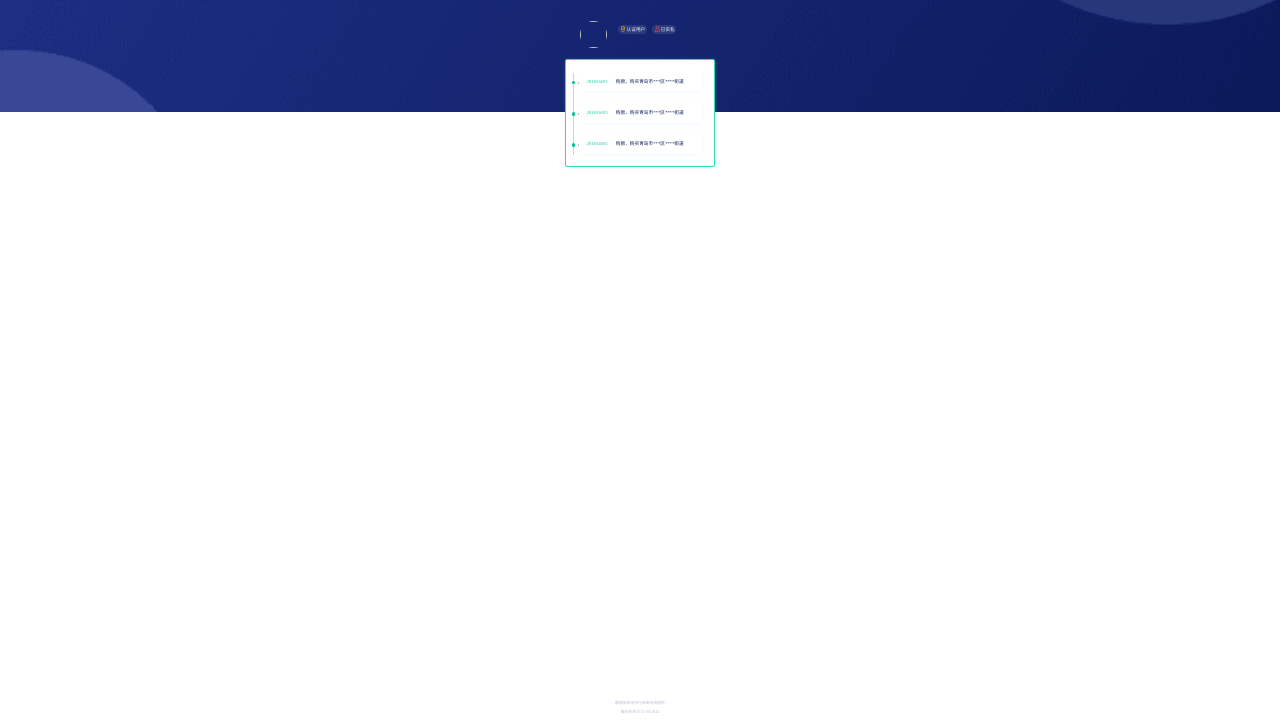
Repository: zlpstart/qingdao-new
Page: /Footprint
An editor plug-in stored every save of this project. The page is shown before and after the next save, followed by the edit.
The browser window is 1280 px wide. The pictures show the whole page.
The page's requests for data from a server got no answer. Some web fonts or font styles are not loaded; a fallback is used. The project was rebuilt for these pictures with package versions that can differ from the ones it lists, and the page was loaded fresh each time. No one was signed in, and anything a server would have sent is missing. Also part of the build but not shown: src/components/MySpace.vue, src/components/Home.vue, src/components/Enterprise.vue, src/components/Opinion.vue, src/components/Opinion2.vue, src/components/Record.vue, src/components/Car.vue, src/components/House.vue and 5 more.

Above is the page before, as saved 2019-08-27 11:20:00.

After the next save:
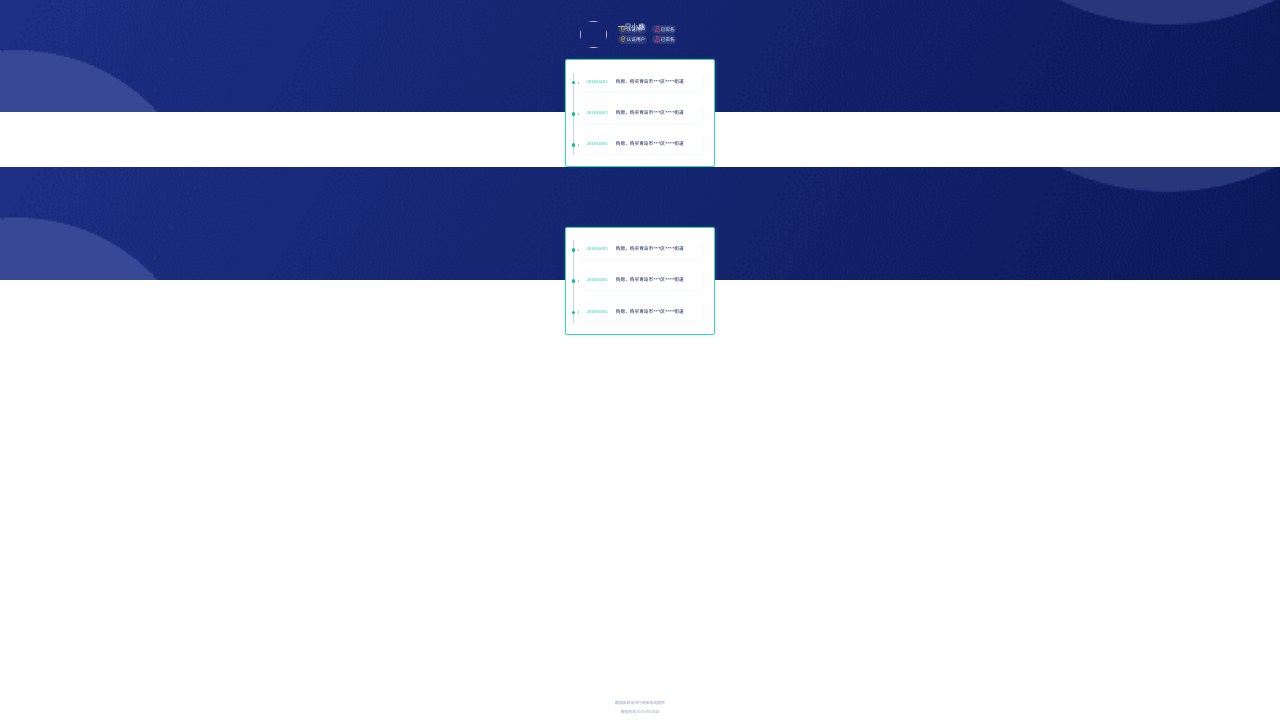
Saved 17 s later.
--- a/src/components/Footprint.vue
+++ b/src/components/Footprint.vue
@@ -59,7 +59,64 @@
           </div>
       </div>
 
-
+      <div class="Footprint2">
+        <TopBar></TopBar>
+        <div class="header">
+            <div class="header_wrap">
+                <div class="header_left">
+                    <!-- <img src="../assets/timg.jpg" alt=""> -->
+                </div>
+                <div class="header_right">
+                    <div class="header_right_p">
+                        <p>一只小鹿</p>
+                    </div>
+                    <div class="header_right_span">
+                        <span>
+                          <img src="../assets/认证.png" alt="">
+                          认证用户
+                        </span>
+                        <span>
+                          <img src="../assets/实名.png" alt="">
+                          已实名
+                        </span>
+                    </div>
+                </div>
+            </div>
+        </div>
+        <div class="Footprint_data">
+            <div class="data">
+            <ul>
+                <li>
+                    <b></b>
+                    <i></i>
+                    <span class="yuan"></span>
+                    <span>2018/04/05</span>
+                    <p>购房，购买青岛市***区****街道</p>
+                </li>
+                <li>
+                    <b></b>
+                    <i></i>
+                    <span class="yuan"></span>
+                    <span>2018/04/05</span>
+                    <p>购房，购买青岛市***区****街道</p>
+                </li>
+                <li>
+                    <b></b>
+                    <i></i>
+                    <span class="yuan"></span>
+                    <span>2018/04/05</span>
+                    <p>购房，购买青岛市***区****街道</p>
+                </li>
+            </ul>
+        </div>
+        </div>
+        <div class="bottom">
+                <span></span>
+                <p>数据由青岛市行政审批局提供</p>
+                <span></span>
+                <p>服务热线 0531-8619444</p>
+        </div>
+    </div>
     </div>
 
 </template>

After the 4 saves that followed:
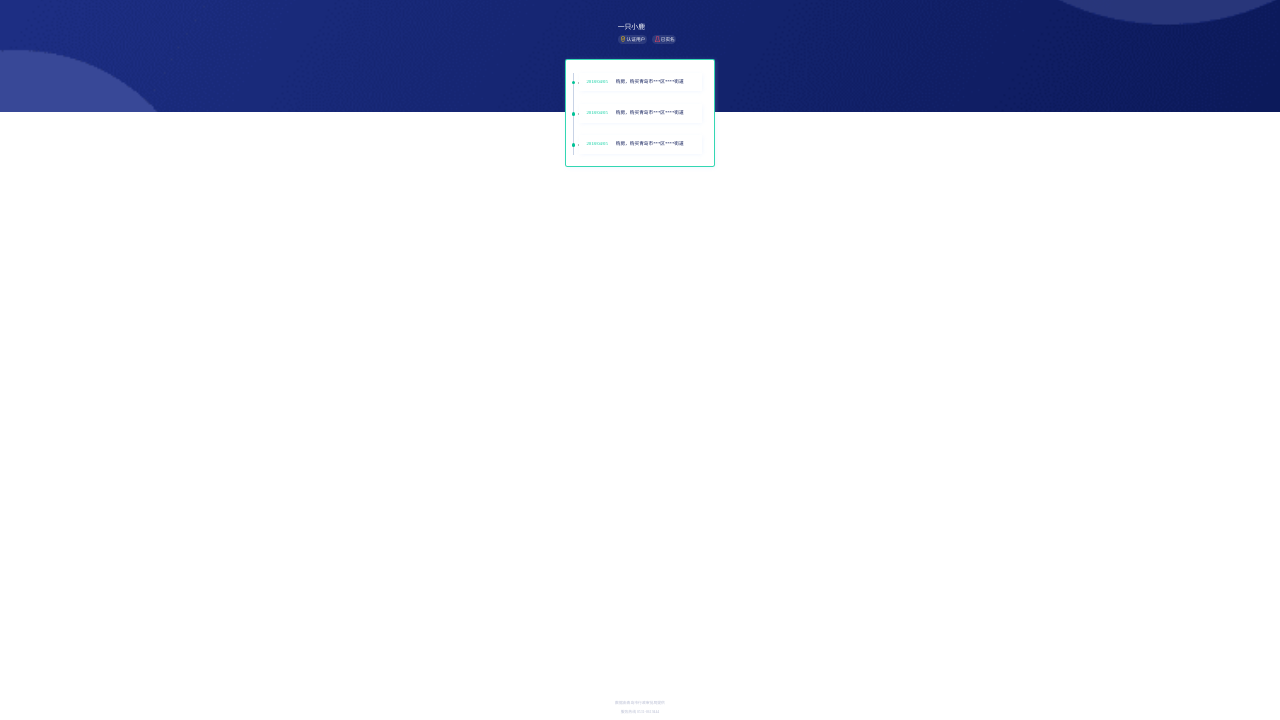
The 4 saves are shown as one change because they came seconds apart.
The last was saved 15 s later.
--- a/src/components/Footprint.vue
+++ b/src/components/Footprint.vue
@@ -1,6 +1,6 @@
 <template>
     <div>
-      <div class="Footprint">
+      <div class="Footprint" v-if="!show">
           <TopBar></TopBar>
           <div class="header">
               <div class="header_wrap">
@@ -116,7 +116,7 @@
                 <span></span>
                 <p>服务热线 0531-8619444</p>
         </div>
-    </div>
+      </div>
     </div>
 
 </template>
